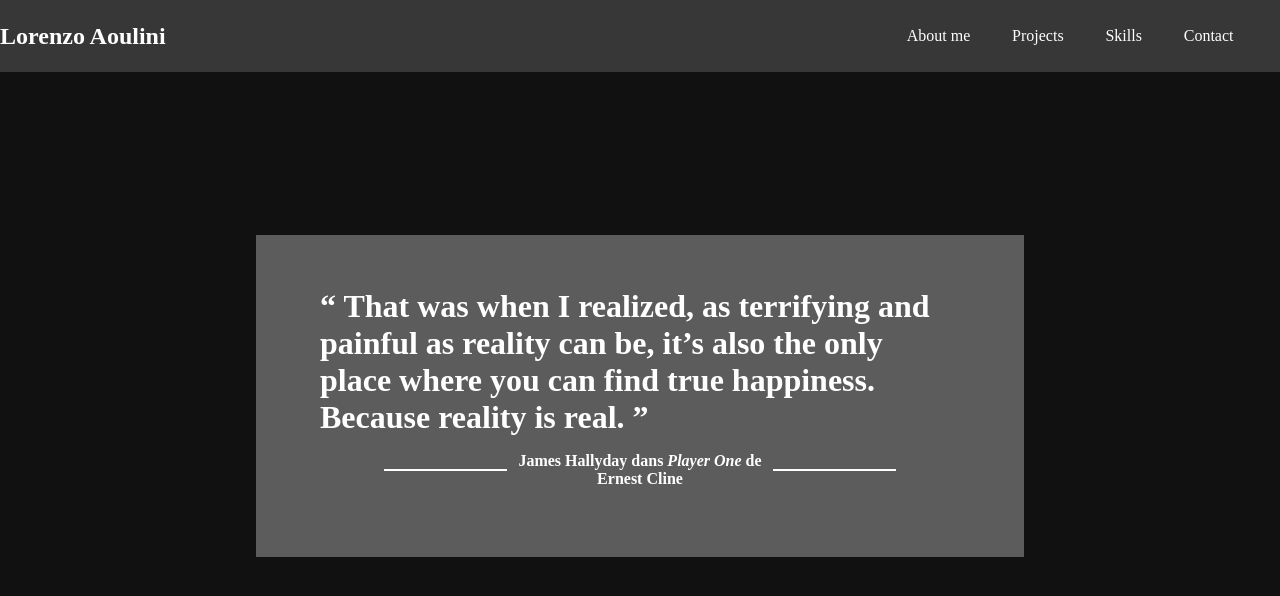
Repository: lolo298/lolo298.github.io
Page: index.html
These files come from the project's save history. The page is drawn as it stood at one moment and after the next save; the edit follows.
The browser window is 1280 px wide. The pictures show the whole page.

Above is the page before, as saved 2022-05-10 14:23:23.

After the next save:
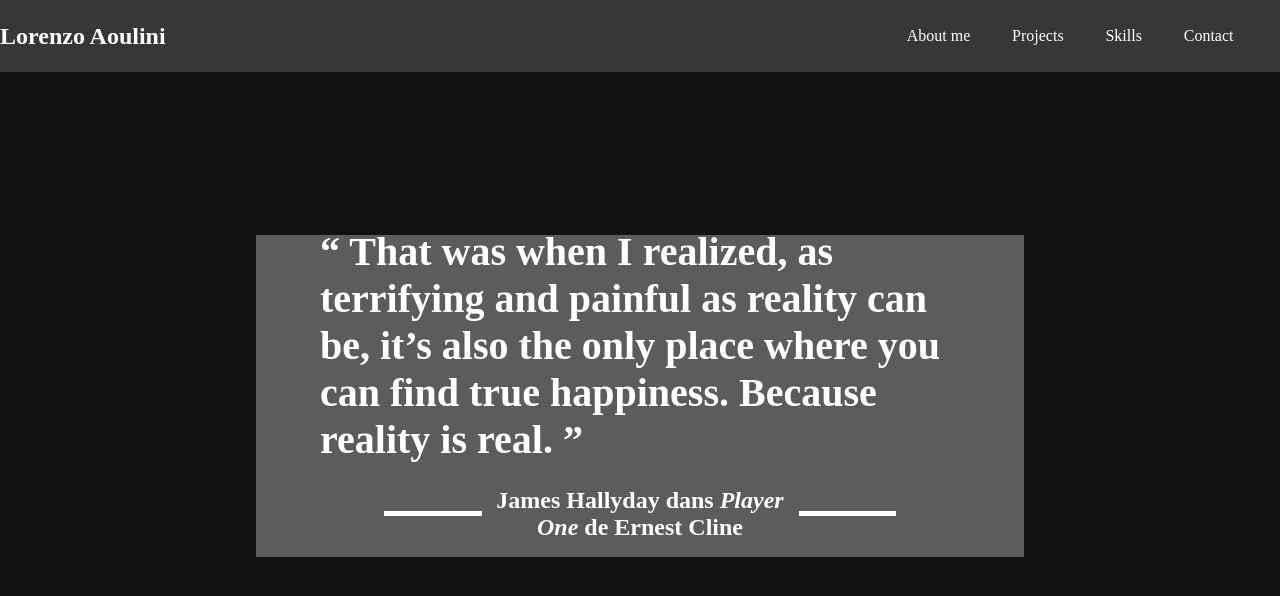
Saved 19 s later.
--- a/css/style.css
+++ b/css/style.css
@@ -91,12 +91,12 @@
     }
 
     .quote-text {
-        font-size: 2em;
+        font-size: 2.5em;
         font-weight: bold;
     }
 
     .author-content {
-        font-size: 1em;
+        font-size: 1.5em;
         font-weight: bold;
         text-align: center;
     }
